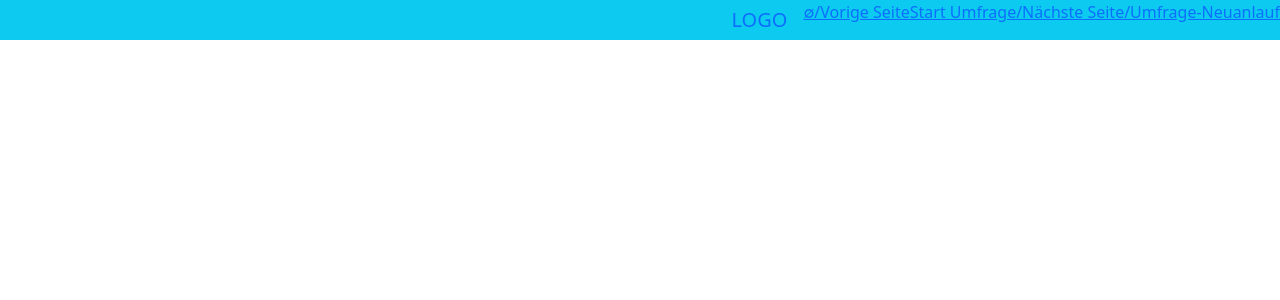
Repository: stephane71183101/Stephane-Personal-Health-Survey
Page: http://localhost/form-q01-start-page.php
These files come from the project's save history. The page is drawn as it stood at one moment and after the next save; the edit follows.
The browser window is 1280 px wide. The pictures show the whole page.
The page is run by PHP 8.4 with error messages shown; the project is at /var/www/html/.

Above is the page before, as saved 2022-03-15 14:01:39.

After the next save:
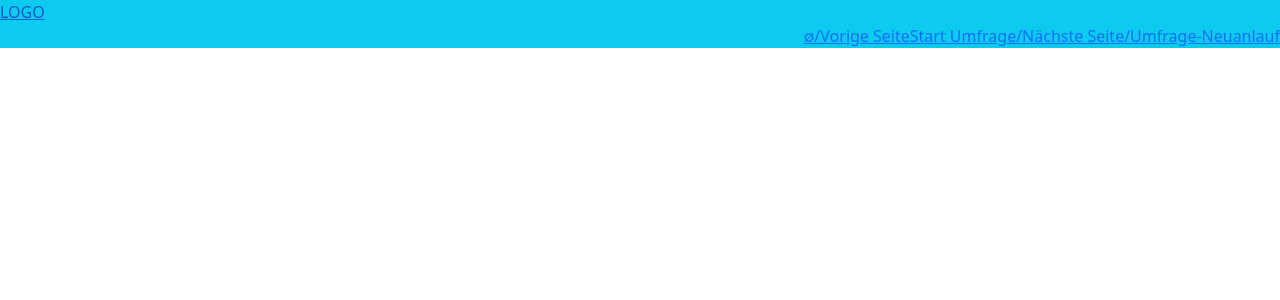
Saved 61 s later.
--- a/form-q01-start-page.php
+++ b/form-q01-start-page.php
@@ -11,8 +11,8 @@
 
 <header>
 <nav>
-<div class="nav justify-content-end bg-info">
-        <a class="nav navbar-brand" href="#">LOGO</a>
+    <a class="nav justify-content-start bg-info" href="#">LOGO</a>
+    <div class="nav justify-content-end bg-info">
         <a class="button" href="#">&#8709;/Vorige Seite</a>
         <a class="button" href="#">Start Umfrage/Nächste Seite/Umfrage-Neuanlauf</a>
     </div>
